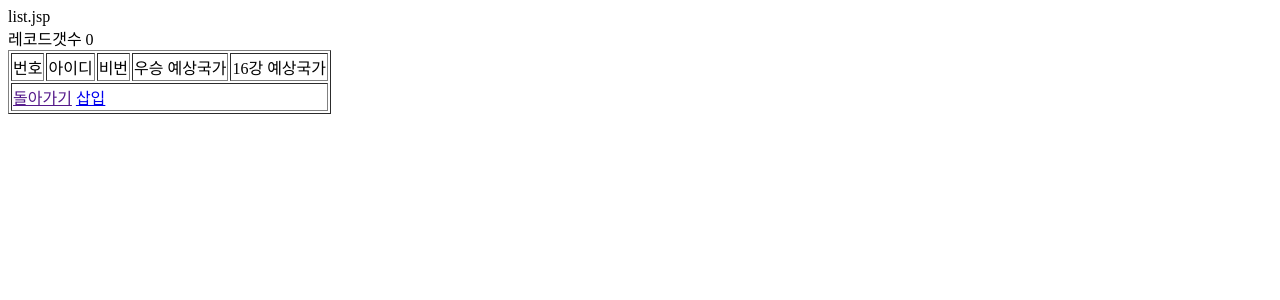
Repository: ChanhoPark-s/academyStudy
Page: http://localhost/12_DB_Football/list
An editor plug-in stored every save of this project. The page is shown before and after the next save, followed by the edit.
The browser window is 1280 px wide. The pictures show the whole page.
The page is served by Tomcat 9. Other server files are loaded and not shown. Queries for data that is not in the repository find no rows.

Above is the page before, as saved 2022-08-22 05:36:07.

### 12_DB_Football/src/main/webapp/WEB-INF/views/list.jsp
<%@ page language="java" contentType="text/html; charset=UTF-8"
    pageEncoding="UTF-8"%>
<%@ taglib prefix="c" uri="http://java.sun.com/jsp/jstl/core" %>
<%@ taglib prefix="fn" uri="http://java.sun.com/jsp/jstl/functions" %>
    list.jsp<br>

    레코드갯수 ${fn:length(lists) }
    <table border="1">
    	<tr>
    		<td>번호</td>
    		<td>아이디</td>
    		<td>비번</td>
    		<td>우승 예상국가</td>
    		<td>16강 예상국가</td>
    	</tr>
    	<c:forEach var="f" items="${lists }">
    	<tr>
    		<td>${f.num}</td>
    		<td><a href="updateForm?num=${f.num }">${f.id}</a></td>
    		<td>${f.pw}</td>
    		<td>${f.win}</td>
    		<td>${f.round16}</td>
    	</tr>
    	</c:forEach>
    	<tr>
    		<td colspan="5">
    			<a href="">돌아가기</a>
    			<a href="form">삽입</a>
    		</td>
    	</tr>
    </table>

### 12_DB_Football/src/main/java/com/spring/ex/command/ListCommand.java
package com.spring.ex.command;

import java.util.ArrayList;

import org.springframework.ui.Model;

import com.spring.ex.dao.footBallDao;
import com.spring.ex.dto.footBallDto;

public class ListCommand implements pCommand{

	@Override
	public void execute(Model model) {

		footBallDao f = footBallDao.getInstance();
		ArrayList<footBallDto> lists =  f.getAllData();

		model.addAttribute("lists",lists);

	}

}

### 12_DB_Football/src/main/java/com/spring/ex/dao/footBallDao.java
package com.spring.ex.dao;

import java.sql.Connection;
import java.sql.DriverManager;
import java.sql.PreparedStatement;
import java.sql.ResultSet;
import java.sql.SQLException;
import java.util.ArrayList;

import com.spring.ex.dto.footBallDto;

public class footBallDao {
	String driver = "oracle.jdbc.driver.OracleDriver";
	String url = "jdbc:oracle:thin:@localhost:1521:orcl";
	String id = "jspid";
	String pw = "jsppw";
	Connection  conn = null;
	PreparedStatement  ps =null;
	ResultSet  rs = null;

	private static footBallDao instance;

	private footBallDao(){
	    try {
	       Class.forName(driver);
	       conn = DriverManager.getConnection(url, id, pw);
	       System.out.println("연결 성공");
	    } catch (ClassNotFoundException | SQLException e) {
	       System.out.println("연결 실패");
	    }
	 }//

	public static footBallDao getInstance() {
		if(instance==null) {
			instance = new footBallDao();
		}
		return instance;
	}
//==================================================================================================

	public ArrayList<footBallDto> getAllData(){

		ArrayList<footBallDto> lists = new ArrayList<footBallDto>();

		String sql = "select * from football order by num";

		try {
			ps = conn.prepareStatement(sql);

			rs= ps.executeQuery();

			while(rs.next()) {
				footBallDto f = new footBallDto();

				f.setNum(rs.getInt("num"));
				f.setId(rs.getString("id"));
				f.setPw(rs.getString("pw"));
				f.setWin(rs.getString("win"));
				f.setRound16(rs.getString("round16"));

				lists.add(f);
			}

		} catch (SQLException e) {
			System.out.println("getAllData sql error");
		} finally {
			try {
				if (ps != null)
					ps.close();
			} catch (SQLException e) {
				System.out.println("close error");
			}
		}

		return lists;
	}

//==================================================================================================
	public void writeData(String id, String pw,String win,String round) {

		String sql = "insert into football values(fb_seq.nextval,?,?,?,?)";

		try {
			ps = conn.prepareStatement(sql);

			ps.setString(1, id);
			ps.setString(2, pw);
			ps.setString(3, win);
			ps.setString(4, round);

			ps.executeUpdate();

		} catch (SQLException e) {
			System.out.println("writeData sql error");
		} finally {
			try {
				if (ps != null)
					ps.close();
			} catch (SQLException e) {
				System.out.println("close error");
			}
		}

	}//writeData
//==================================================================================================
}

After the next save:
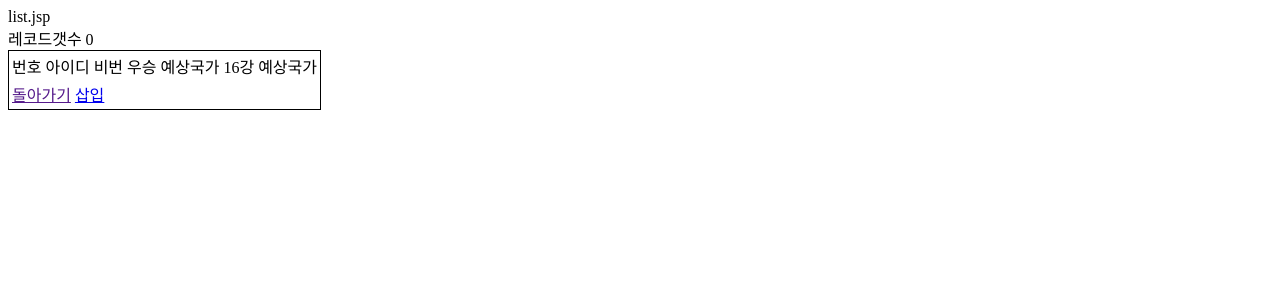
Saved 25 s later.
--- a/12_DB_Football/src/main/webapp/WEB-INF/views/list.jsp
+++ b/12_DB_Football/src/main/webapp/WEB-INF/views/list.jsp
@@ -2,10 +2,12 @@
     pageEncoding="UTF-8"%>
 <%@ taglib prefix="c" uri="http://java.sun.com/jsp/jstl/core" %>
 <%@ taglib prefix="fn" uri="http://java.sun.com/jsp/jstl/functions" %>
+
+
     list.jsp<br>
 
     레코드갯수 ${fn:length(lists) }
-    <table border="1">
+    <table style="border: 1px solid ">
     	<tr>
     		<td>번호</td>
     		<td>아이디</td>
